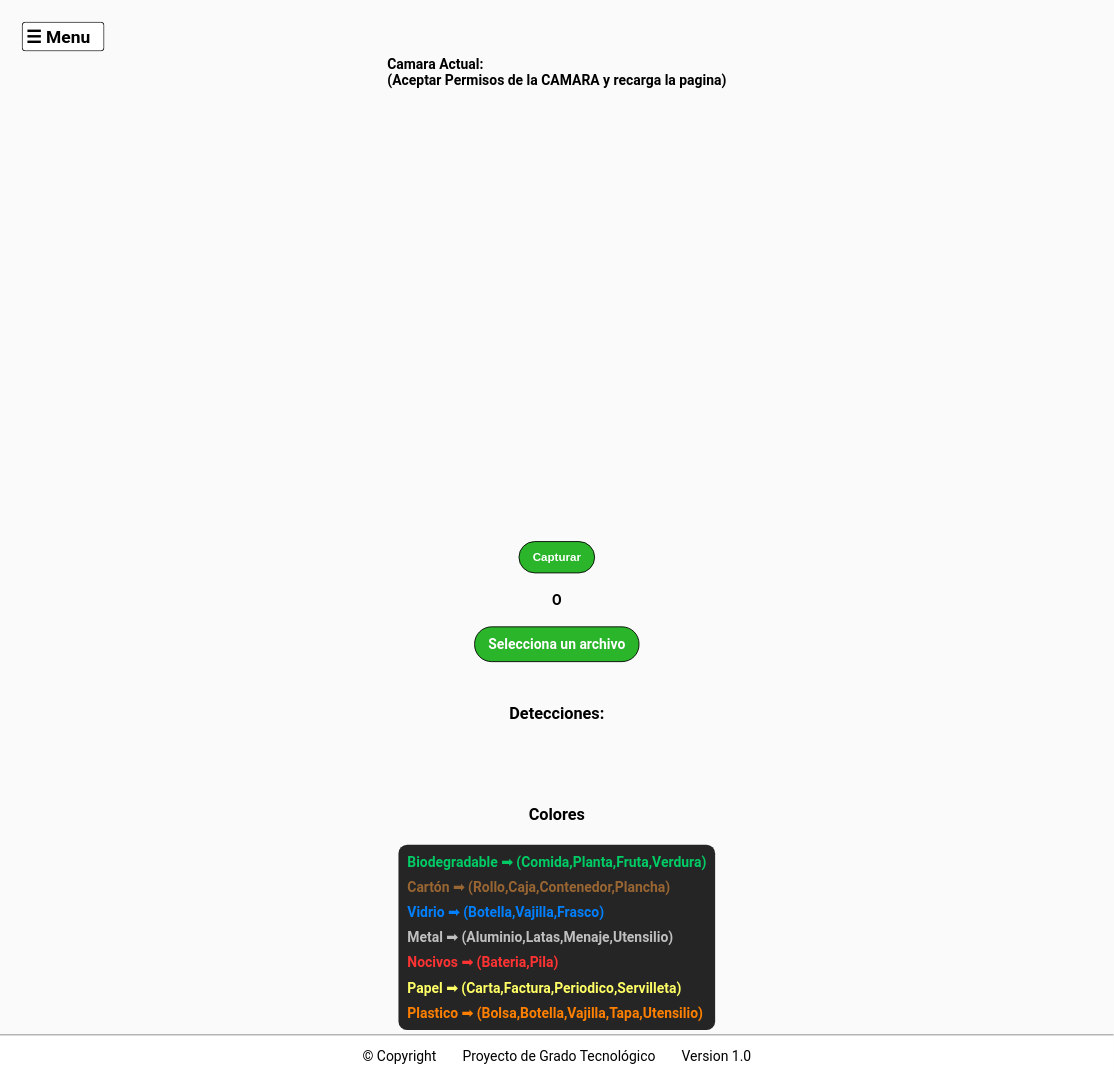
Repository: castecabas/Recicladora
Page: http://localhost/model
The author's editor kept a copy of each file at every save. The page is drawn from the files as they stood at one save, then again after the next save.
The browser window is 1280 px wide. The pictures show the whole page, at 87% of full size.
Pictures or frames that could not be fetched are drawn as grey boxes. The page is served by the project's application, run on Flask 3 (src/index.py).

Above is the page before, as saved 2024-12-22 21:07:16.

After the next save:
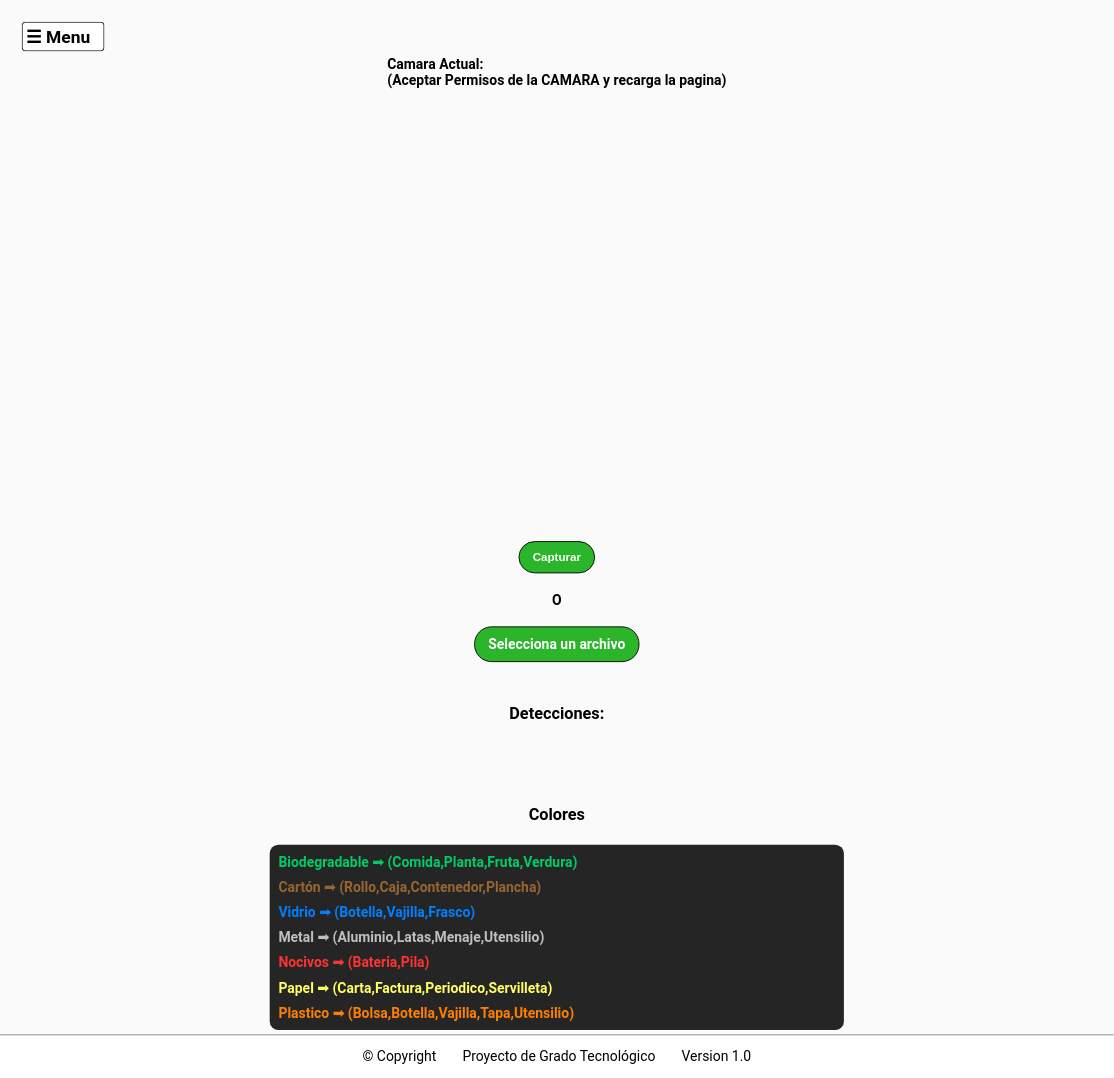
Saved 7 s later.
--- a/src/static/css/model.css
+++ b/src/static/css/model.css
@@ -332,7 +332,7 @@
         margin: 0;
         border-radius: 10px;
         background: rgba(0, 0, 0, 0.85);
-        max-width: 650px;
+        width: 650px;
         position: relative;
         justify-content: center;
 

After the save that followed:
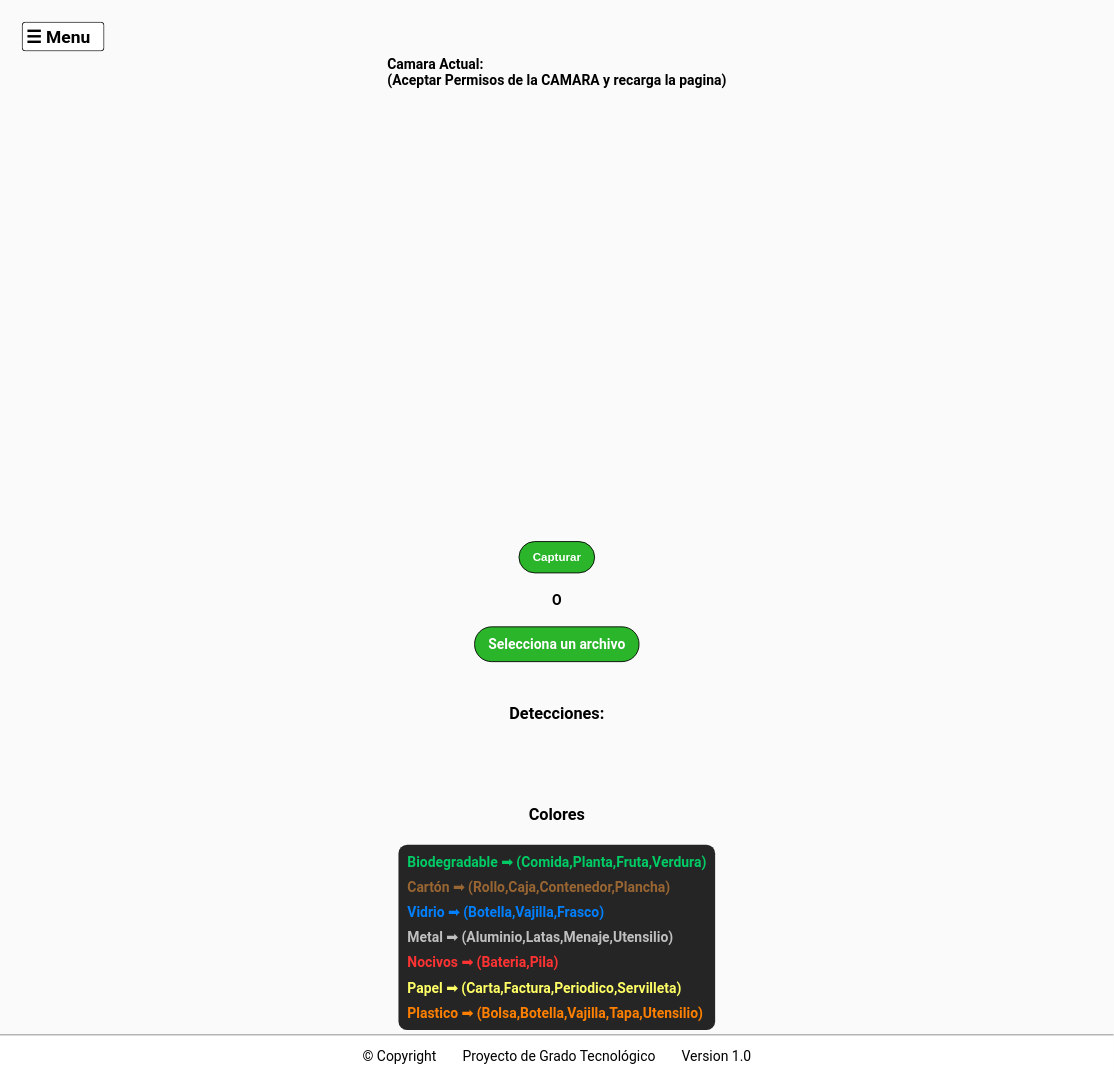
Saved 35 s later.
--- a/src/static/css/model.css
+++ b/src/static/css/model.css
@@ -332,7 +332,7 @@
         margin: 0;
         border-radius: 10px;
         background: rgba(0, 0, 0, 0.85);
-        width: 650px;
+        max-width: max-content;
         position: relative;
         justify-content: center;
 
